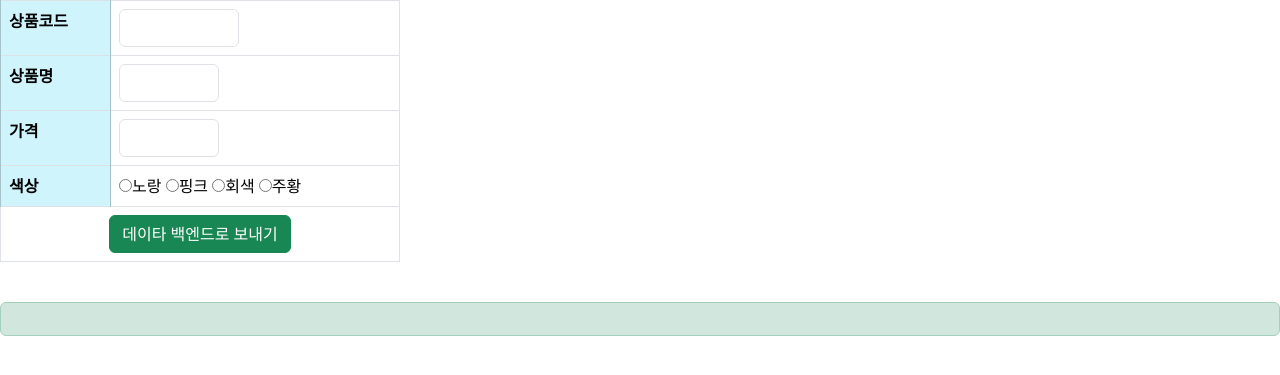
Repository: GANADAG/jspProject
Page: JspProject/src/main/webapp/ajax0305/form_ex2.html
An editor plug-in stored every save of this project. The page is shown before and after the next save, followed by the edit.
The browser window is 1280 px wide. The pictures show the whole page.
Some web fonts or font styles are not loaded; a fallback is used.

Above is the page before, as saved 2024-03-05 07:42:12.

### JspProject/src/main/webapp/ajax0305/form_ex2.html
<!DOCTYPE html>
<html>
<head>
<meta charset="UTF-8">
<link href="https://cdn.jsdelivr.net/npm/bootstrap@5.3.2/dist/css/bootstrap.min.css" rel="stylesheet">
<link href="https://fonts.googleapis.com/css2?family=Diphylleia&family=Dongle&family=Noto+Sans+KR:wght@100..900&family=Orbit&family=Stylish&display=swap" rel="stylesheet">
<script src="https://code.jquery.com/jquery-3.7.0.js"></script>
<title>Insert title here</title>
</head>
<body>
	<form action="frm">
		<table class="table table-bordered" style="width:400px;">
			<tr>
				<th class="table-info">상품코드</th>
				<td>
					<input type="text" name="scode" id="scode"
					class="form-control" style="width:120px;">
				</td>
			</tr>
			<tr>
				<th class="table-info">상품명</th>
				<td>
					<input type="text" name="sname" id="sname"
					class="form-control" style="width:100px;">
				</td>
			</tr>
			<tr>
				<th class="table-info">가격</th>
				<td>
					<input type="text" name="price" id="price"
					class="form-control" style="width:100px;">
				</td>
			</tr>
			<tr>
				<th class="table-info">색상</th>
				<td>
					<input type="radio" name="color" value="yellow">노랑
					<input type="radio" name="color" value="pink">핑크
					<input type="radio" name="color" value="gray">회색
					<input type="radio" name="color" value="orange">주황

				</td>
			</tr>

			<tr>
				<td colspan="2" align="center">
				<button type="button" id="btn" class="btn btn-success">데이타 백엔드로 보내기</button>
				</td>
			</tr>

		</table>
	</form>

	<br>
	<div id="show" class="alert alert-success"></div>

	<script type="text/javascript">
		$("#btn").click(function(){
			//폼태그의 값들을 통째로 읽어온다
			var data=$("#frm").serialize();
			//alert(data);

			$.ajax({
				type:"get",
				url:"read_ex2.jsp",
				dataType:"json",
				data:data,
				success:function(data){
					var s="코드: "+data.code+"<br>";
					s+="상품명: "+data.name+"<br>";
					s+="가격: "+data.price+"<br>";
					s+="가격: "+data.color+"<br>";

					$("#show").html(s);

				}
			})
		});
	</script>

</body>
</html>

After the next save:
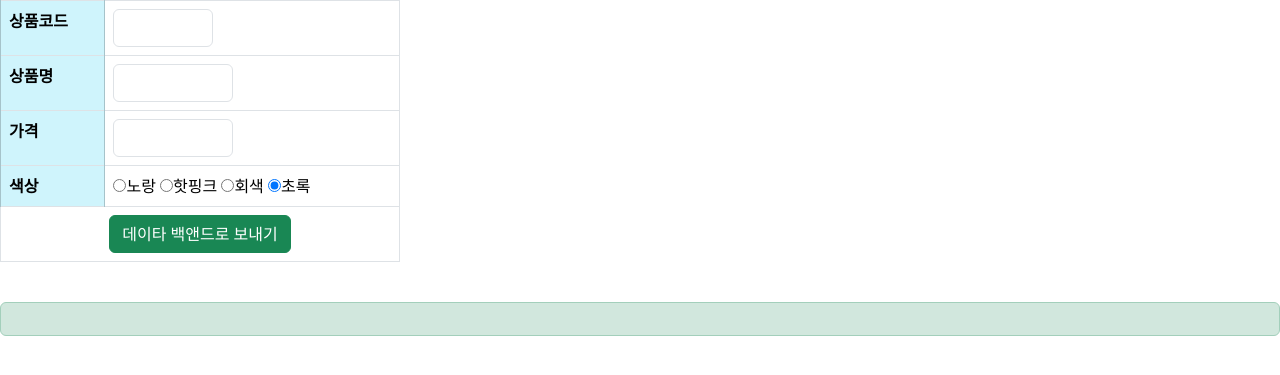
Saved 4 min 4 s later.
--- a/JspProject/src/main/webapp/ajax0305/form_ex2.html
+++ b/JspProject/src/main/webapp/ajax0305/form_ex2.html
@@ -3,80 +3,81 @@
 <head>
 <meta charset="UTF-8">
 <link href="https://cdn.jsdelivr.net/npm/bootstrap@5.3.2/dist/css/bootstrap.min.css" rel="stylesheet">
-<link href="https://fonts.googleapis.com/css2?family=Diphylleia&family=Dongle&family=Noto+Sans+KR:wght@100..900&family=Orbit&family=Stylish&display=swap" rel="stylesheet">
+<link href="https://fonts.googleapis.com/css2?family=Dongle&family=Gaegu&family=Nanum+Pen+Script&family=Noto+Sans+KR:wght@100..900&family=Noto+Serif+KR&display=swap" rel="stylesheet">
 <script src="https://code.jquery.com/jquery-3.7.0.js"></script>
 <title>Insert title here</title>
 </head>
 <body>
-	<form action="frm">
-		<table class="table table-bordered" style="width:400px;">
-			<tr>
-				<th class="table-info">상품코드</th>
-				<td>
-					<input type="text" name="scode" id="scode"
-					class="form-control" style="width:120px;">
-				</td>
-			</tr>
-			<tr>
-				<th class="table-info">상품명</th>
-				<td>
-					<input type="text" name="sname" id="sname"
-					class="form-control" style="width:100px;">
-				</td>
-			</tr>
-			<tr>
-				<th class="table-info">가격</th>
-				<td>
-					<input type="text" name="price" id="price"
-					class="form-control" style="width:100px;">
-				</td>
-			</tr>
-			<tr>
-				<th class="table-info">색상</th>
-				<td>
-					<input type="radio" name="color" value="yellow">노랑
-					<input type="radio" name="color" value="pink">핑크
-					<input type="radio" name="color" value="gray">회색
-					<input type="radio" name="color" value="orange">주황
+   <form id="frm">
+      <table class="table table-bordered" style="width: 400px;">
+        <tr>
+          <th class="table-info">상품코드</th>
+          <td>
+            <input type="text" name="scode" id="scode" class="form-control" style="width: 100px;">
+          </td>
+        </tr>
 
-				</td>
-			</tr>
+        <tr>
+          <th class="table-info">상품명</th>
+          <td>
+            <input type="text" name="sname" id="sname" class="form-control" style="width: 120px;">
+          </td>
+        </tr>
 
-			<tr>
-				<td colspan="2" align="center">
-				<button type="button" id="btn" class="btn btn-success">데이타 백엔드로 보내기</button>
-				</td>
-			</tr>
+        <tr>
+          <th class="table-info">가격</th>
+          <td>
+            <input type="text" name="price" id="price" class="form-control" style="width: 120px;">
+          </td>
+        </tr>
 
-		</table>
-	</form>
+        <tr>
+          <th class="table-info">색상</th>
+          <td>
+             <input type="radio" name="color" value="yellow">노랑
+             <input type="radio" name="color" value="magenta">핫핑크
+             <input type="radio" name="color" value="gray">회색
+             <input type="radio" name="color" value="green" checked="checked">초록
+          </td>
+        </tr>
 
-	<br>
-	<div id="show" class="alert alert-success"></div>
+        <tr>
+          <td colspan="2" align="center">
+            <button type="button" id="btn" class="btn btn-success">데이타 백앤드로 보내기</button>
+          </td>
+        </tr>
+      </table>
+   </form>
 
-	<script type="text/javascript">
-		$("#btn").click(function(){
-			//폼태그의 값들을 통째로 읽어온다
-			var data=$("#frm").serialize();
-			//alert(data);
+   <br>
+   <div id="show" class="alert alert-success"></div>
 
-			$.ajax({
-				type:"get",
-				url:"read_ex2.jsp",
-				dataType:"json",
-				data:data,
-				success:function(data){
-					var s="코드: "+data.code+"<br>";
-					s+="상품명: "+data.name+"<br>";
-					s+="가격: "+data.price+"<br>";
-					s+="가격: "+data.color+"<br>";
 
-					$("#show").html(s);
+   <script type="text/javascript">
+      $("#btn").click(function(){
 
-				}
-			})
-		});
-	</script>
+    	  //폼태그의 값들을 통째로 읽어온다
+    	  var data=$("#frm").serialize();
+    	  //alert(data);
+
+    	  $.ajax({
+    		  type:"get",
+    		  url:"read_ex2.jsp",
+    		  dataType:"json",
+    		  data:data,
+    		  success:function(data){
+
+    			  var s="코드: "+data.code+"<br>";
+    			  s+="상품명: "+data.name+"<br>";
+    			  s+="가격: "+data.price+"<br>";
+    			  s+="색상: "+data.color+"<br>";
+
+    			  $("#show").html(s);
+    		  }
+    	  })
+      });
+   </script>
+
 
 </body>
 </html>
